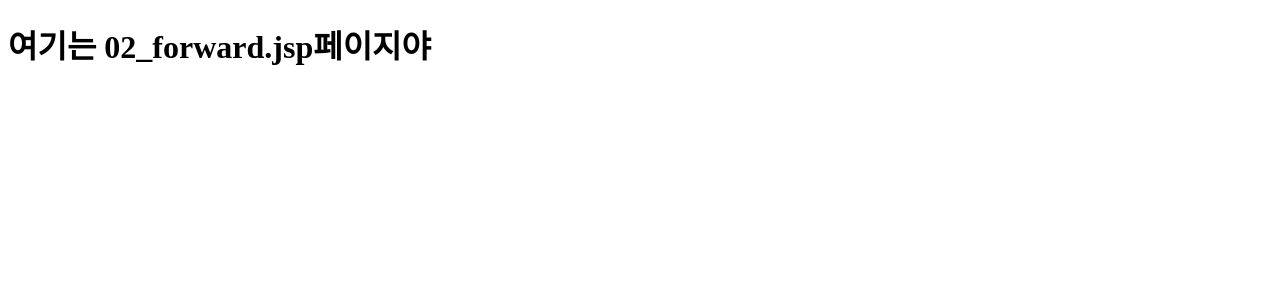
Repository: Young-27/DailyStudy
Page: http://localhost/actionProject/views/2_standardAction/02_forward.jsp
These files come from the project's save history. The page is drawn as it stood at one moment and after the next save; the edit follows.
The browser window is 1280 px wide. The pictures show the whole page.
The page is served by Tomcat 9. Other server files are loaded and not shown.

Above is the page before, as saved 2021-06-16 12:25:05.

### Server/web-workspace2/actionProject/WebContent/views/2_standardAction/02_forward.jsp
<%@ page language="java" contentType="text/html; charset=UTF-8"
    pageEncoding="UTF-8"%>
<!DOCTYPE html>
<html>
<head>
<meta charset="UTF-8">
<title>Insert title here</title>
</head>
<body>
	<!-- url으로는 localhost:8888/action/view/2_standardAction/02_forward.jsp 찍혀있을 예정 -->
	<h1>여기는 02_forward.jsp페이지야</h1>

</body>
</html>

### Server/web-workspace2/actionProject/WebContent/views/2_standardAction/footer.jsp
<%@ page language="java" contentType="text/html; charset=UTF-8"
    pageEncoding="UTF-8" import="java.text.SimpleDateFormat, java.util.Date"%>
<!DOCTYPE html>
<html>
<head>
<meta charset="UTF-8">
<title>Insert title here</title>
</head>
<body>

	<%
		String year = new SimpleDateFormat("yyyy").format(new Date());
	%>

	Copyright © 1998-<%= year %> KH Information Educational Institute All Right Reserved
	test : ${ param.test } <br>

</body>
</html>

After the next save:
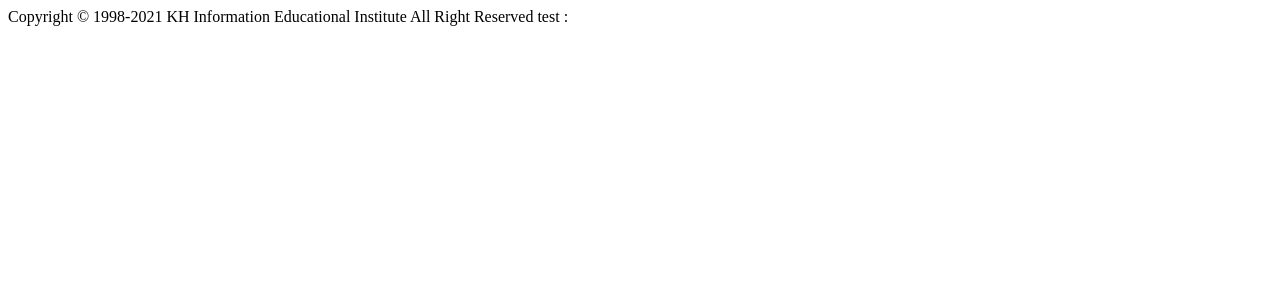
Saved 84 s later.
--- a/Server/web-workspace2/actionProject/WebContent/views/2_standardAction/02_forward.jsp
+++ b/Server/web-workspace2/actionProject/WebContent/views/2_standardAction/02_forward.jsp
@@ -7,8 +7,12 @@
 <title>Insert title here</title>
 </head>
 <body>
+
 	<!-- url으로는 localhost:8888/action/view/2_standardAction/02_forward.jsp 찍혀있을 예정 -->
 	<h1>여기는 02_forward.jsp페이지야</h1>
 
+	<jsp:forward page="footer.jsp"></jsp:forward>
+
+
 </body>
 </html>
